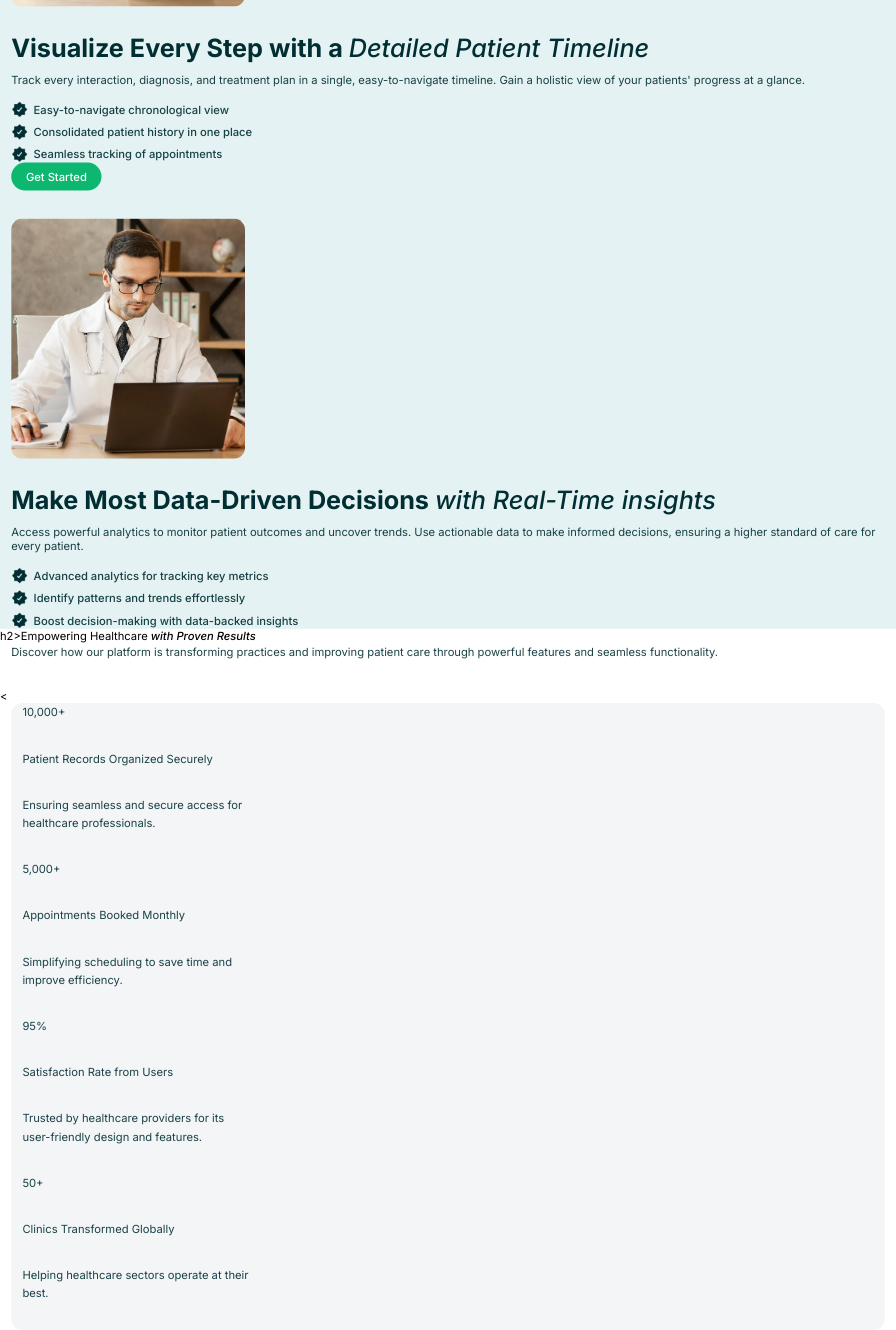
Repository: DiegoWWeege/recuperacao-prova-front-end
Page: index.html
The author's editor kept a copy of each file at every save. The page is drawn from the files as they stood at one save, then again after a run of saves.
The browser window is 1280 px wide. The pictures show the part of the page from y = 1926 to 3846 px (the page is 3826 px tall before and 3846 px after), at 70% of full size.

Above is the page before, as saved 2026-06-22 18:52:34.

After the next 2 saves:
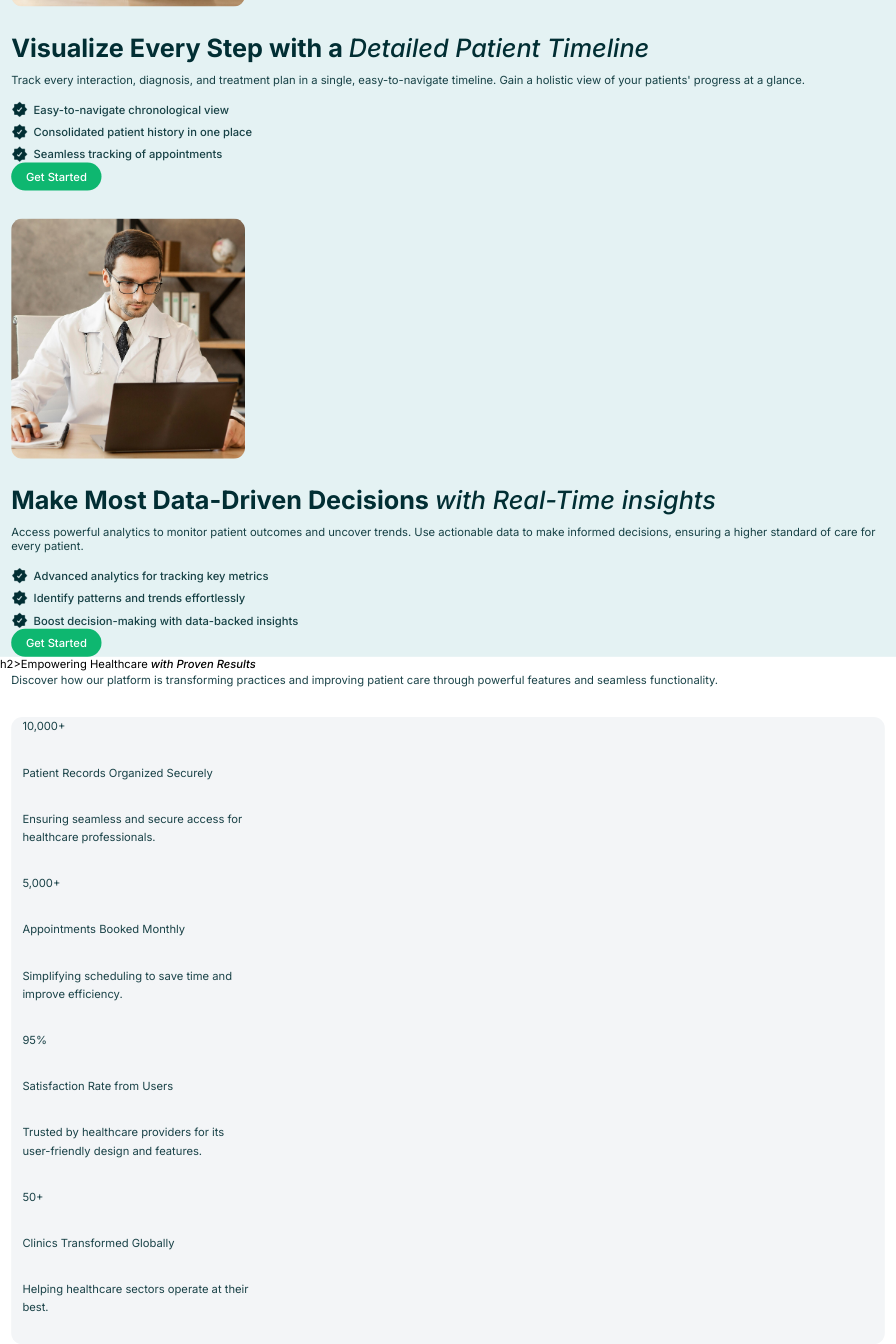
The 2 saves are shown as one change because they came seconds apart.
The last was saved 7 s later.
--- a/index.html
+++ b/index.html
@@ -100,6 +100,8 @@
 
             </section>
 
+            <button  aria-label = "Get Started" class = "get-started-button">Get Started</button>
+
         </section>
 
     </section>
@@ -111,7 +113,6 @@
         <p>Discover how our platform is transforming practices and improving
             patient care through powerful features and seamless functionality.</p>
         </section>
-        <
 
         <section class = "boxes-grid">
             <section class = "first-box">
